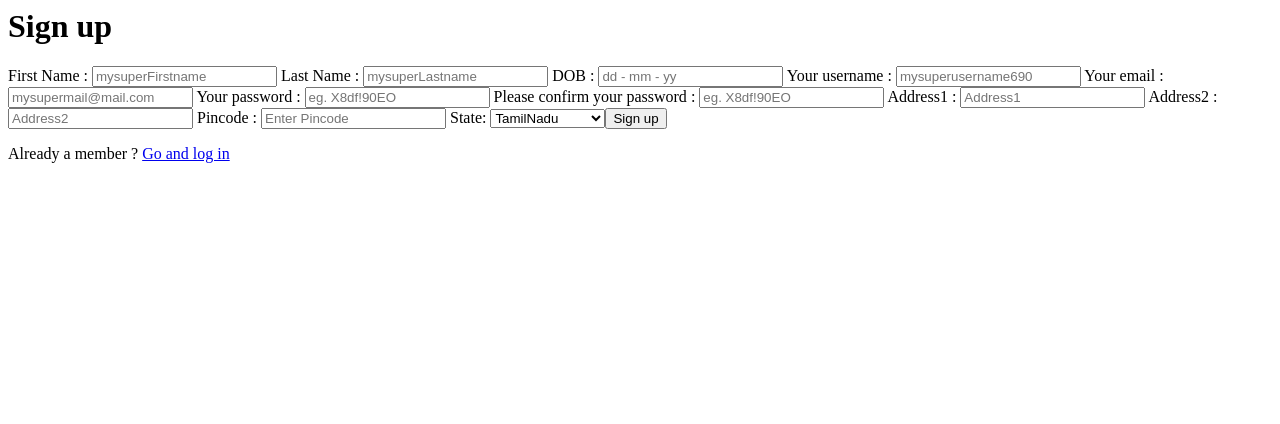
Repository: ravisudharsan/StarKart
Page: http://localhost/StarkartFrontend/WEB-INF/views/register.jsp
These files come from the project's save history. The page is drawn as it stood at one moment and after the next save; the edit follows.
The browser window is 1280 px wide. The pictures show the whole page.
The page is served by Tomcat 9. Nobody is signed in. Other server files are loaded and not shown. The template is opened directly, without the code that normally fills it, so the values that code supplies are empty.

Above is the page before, as saved 2016-10-26 05:20:02.

### StarkartFrontend/src/main/webapp/WEB-INF/views/register.jsp
<div id="register" class="animate form"></div>
			<form  action="mysuperscript.php" autocomplete="on"> </form>
				<h1> Sign up </h1>

					<tr>

					<td><label for="First Namesignup" class="Fname" data-icon="F">First Name</label></td>
					<td>:</td>
					<td><input id="First Namesignup" name="First Namesignup" required="required" type="text" placeholder="mysuperFirstname" /></td>
					</tr>
				 	<tr>
					<td><label for="Last Namesignup" class="Lname" data-icon="L">Last Name</label>
					<td>:</td>
					<td><input id="Last Namesignup" name="Last Namesignup" required="required" type="text" placeholder="mysuperLastname" />
					</tr>

                                 	<tr>

					<td><label for="DOBsignup" class="Lname" data-icon="L">DOB</label></td>
					<td>:</td>
					<td><input id="DOBsignup" name="DOBsignup" required="required" type="text" placeholder="dd - mm - yy" /></td>
					</tr>

					<tr>

					<td><label for="usernamesignup" class="uname" data-icon="u">Your username</label></td>
					<td>:</td>
					<td><input id="usernamesignup" name="usernamesignup" required="required" type="text" placeholder="mysuperusername690" /></td>
					</tr>

					<tr>

					<td><label for="emailsignup" class="youmail" data-icon="e" > Your email</label></td>
					<td>:</td>
					<td><input id="emailsignup" name="emailsignup" required="required" type="email" placeholder="mysupermail@mail.com"/> </td>
					</tr>

					<tr>

					<td><label for="passwordsignup" class="youpasswd" data-icon="p">Your password </label></td>
					<td>:</td>
					<td><input id="passwordsignup" name="passwordsignup" required="required" type="password" placeholder="eg. X8df!90EO"/></td>
					</tr>

					<tr>

					<td><label for="passwordsignup_confirm" class="youpasswd" data-icon="p">Please confirm your password </label></td>
					<td>:</td>
					<td><input id="passwordsignup_confirm" name="passwordsignup_confirm" required="required" type="password" placeholder="eg. X8df!90EO"/></td>
					</tr>

					<tr>

					<td><label for="Address1signup" class="Address1" data-icon="A1">Address1</label></td>
					<td>:</td>
					<td><input id="Address1signup" name="Address1signup" required="required" type="text" placeholder="Address1" /></td>
					</tr>

					<tr>

					<td><label for="Address2signup" class="Address2" data-icon="A1">Address2</label></td>
					<td>:</td>
					<td><input id="Address2signup" name="Address2signup" required="required" type="text" placeholder="Address2" /></td>
					</tr>

					<tr>

					<td><label for="Pincodesignup" class="Pincode" data-icon="A1">Pincode</label></td>
					<td>:</td>
					<td><input id="Pincodesignup" name="Pincodesignup" required="required" type="text" placeholder="Enter Pincode" /></td>
					</tr>

					<tr>

					<td> State</td><td>:</td>
					 <td><Select>
				<option value="TamilNadu">TamilNadu</option>
				<option value="Kerala">Kerala</option>
				<option value="Karnataka">Karnataka</option>
				<option value="AndhraPradesh">AndhraPradesh</option>
				</td>
				</tr>
				<br>
<tr>
				<td><p class="signin button">
					<input type="submit" value="Sign up"/>
				</tr>
<tr>
				<td> <p class="#tologin">

					Already a member ?
					<a href="login" class="to_register"> Go and log in </a></td>
</tr>

After the next save:
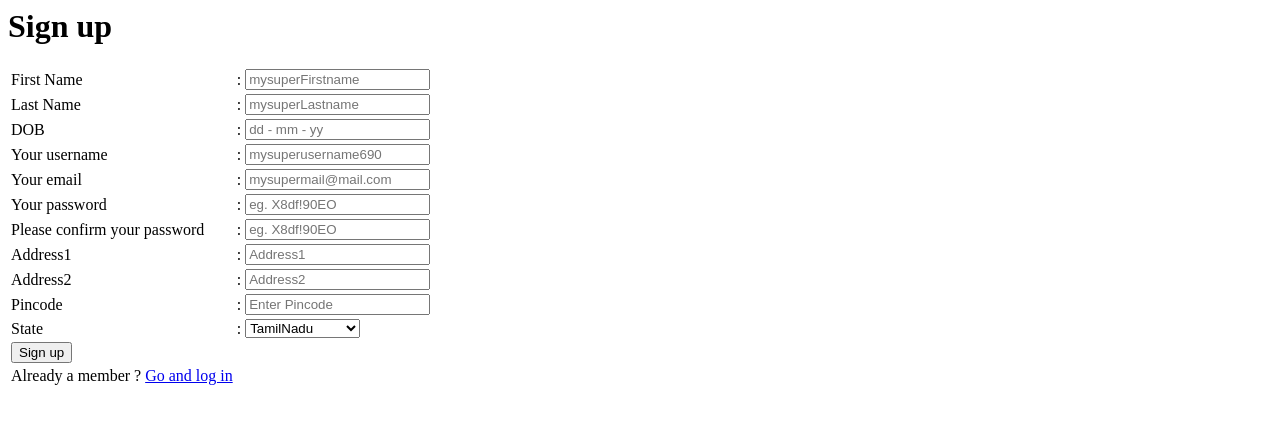
Saved 36 s later.
--- a/StarkartFrontend/src/main/webapp/WEB-INF/views/register.jsp
+++ b/StarkartFrontend/src/main/webapp/WEB-INF/views/register.jsp
@@ -1,7 +1,8 @@
-<div id="register" class="animate form"></div>
-			<form  action="mysuperscript.php" autocomplete="on"> </form>
+
+		<div id="register" class="animate form">
+			<form  action="mysuperscript.php" autocomplete="on">
 				<h1> Sign up </h1>
-
+				<table align:center>
 					<tr>
 
 					<td><label for="First Namesignup" class="Fname" data-icon="F">First Name</label></td>
@@ -72,15 +73,12 @@
 
 					<tr>
 
-					<td> State</td><td>:</td>
-					 <td><Select>
+					<td> State</td><td>:</td> <td><Select>
 				<option value="TamilNadu">TamilNadu</option>
 				<option value="Kerala">Kerala</option>
 				<option value="Karnataka">Karnataka</option>
-				<option value="AndhraPradesh">AndhraPradesh</option>
-				</td>
+				<option value="AndhraPradesh">AndhraPradesh</option></td>
 				</tr>
-				<br>
 <tr>
 				<td><p class="signin button">
 					<input type="submit" value="Sign up"/>
@@ -89,5 +87,5 @@
 				<td> <p class="#tologin">
 
 					Already a member ?
-					<a href="login" class="to_register"> Go and log in </a></td>
+					<a href="#tologin" class="to_register"> Go and log in </a></td>
 </tr>
